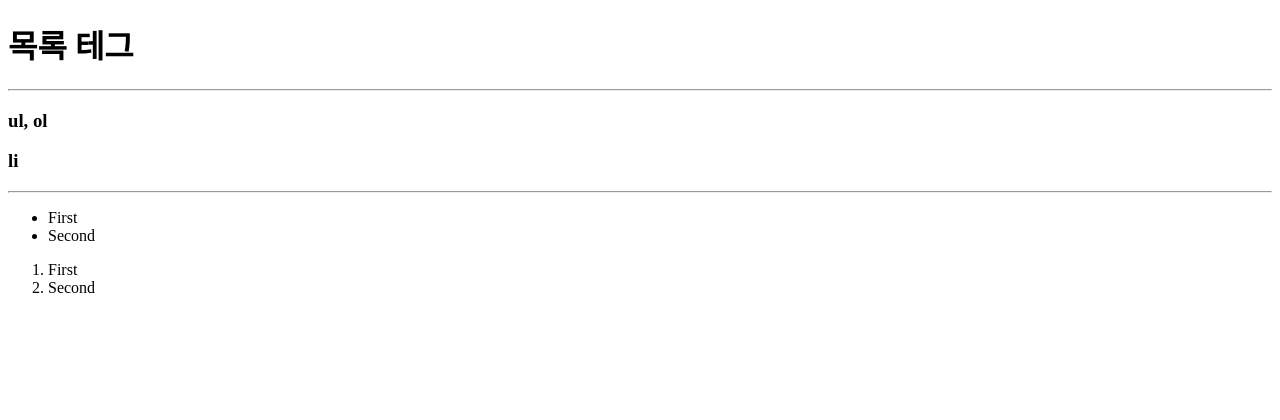
Repository: jihoonys82/weblec
Page: Front/WebContent/Ex01_HTML_tag/tagEx_03.html
These files come from the project's save history. The page is drawn as it stood at one moment and after the next save; the edit follows.
The browser window is 1280 px wide. The pictures show the whole page.

Above is the page before, as saved 2018-07-23 10:20:19.

After the next save:
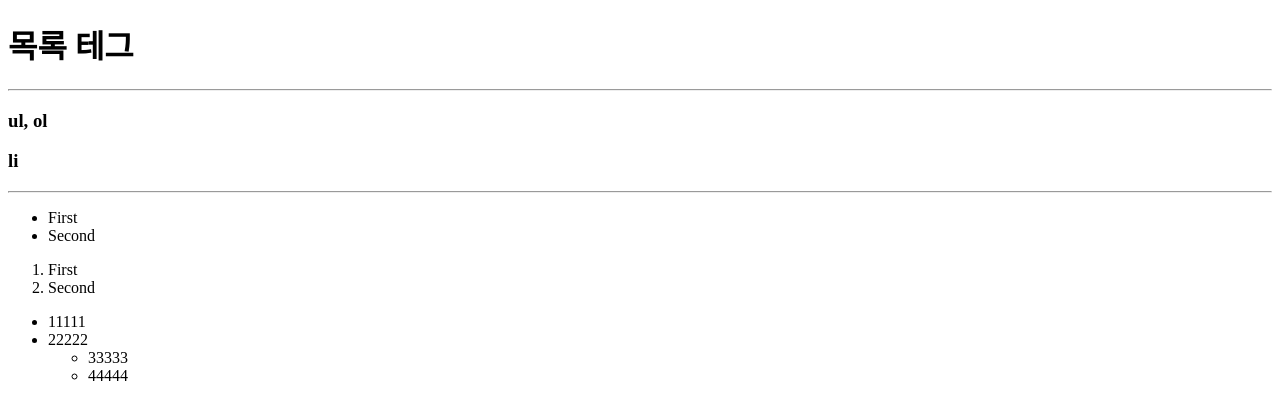
Saved 6 min 35 s later.
--- a/Front/WebContent/Ex01_HTML_tag/tagEx_03.html
+++ b/Front/WebContent/Ex01_HTML_tag/tagEx_03.html
@@ -22,6 +22,15 @@
 			<li>Second</li>
 		</ol>
 
+		<ul> <!-- Unordered List -->
+			<li>11111</li> <!-- list item -->
+			<li>22222</li>
+			<ul>
+				<li>33333</li>
+				<li>44444</li>
+			</ul>
+		</ul>
+
 
 	</div>
 </body>
